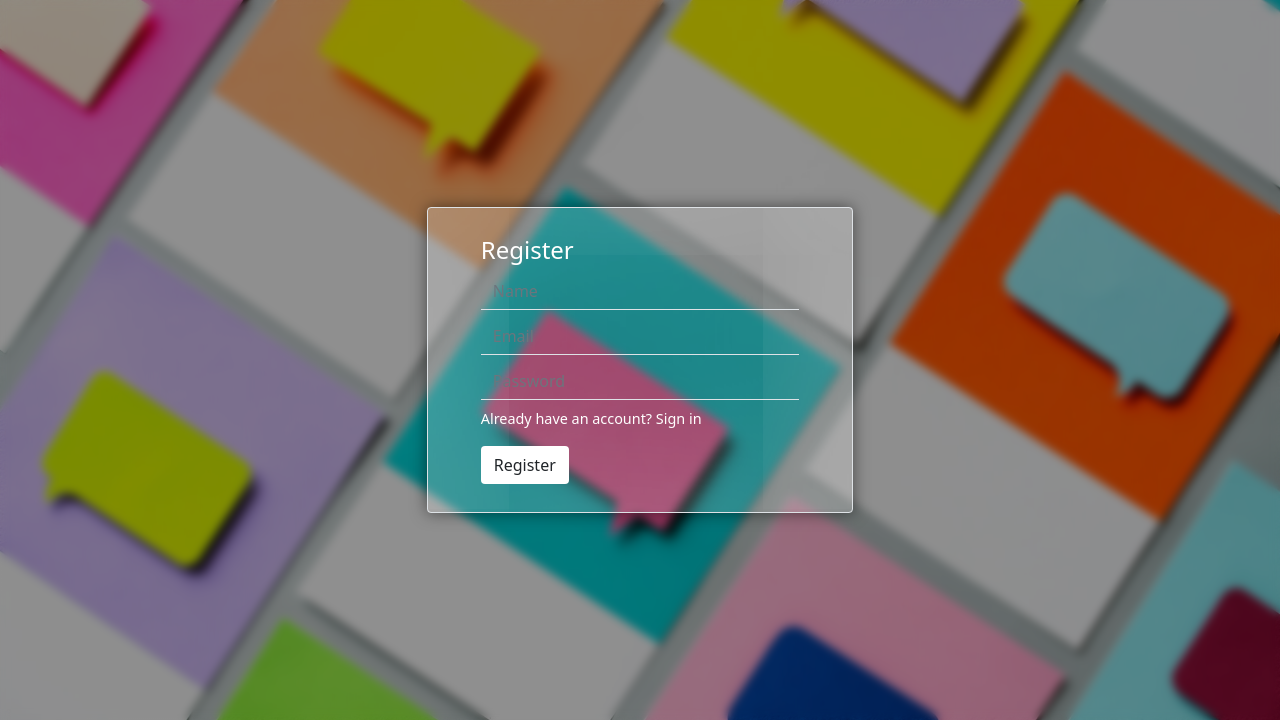
Repository: SaudCh/React-login
Page: /register
An editor plug-in stored every save of this project. The page is shown before and after the next save, followed by the edit.
The browser window is 1280 px wide. The pictures show the whole page.
The project was rebuilt for these pictures with package versions that can differ from the ones it lists, and the page was loaded fresh each time. Also part of the build but not shown: src/Components/Login/loginValidation.js, src/Components/Login/Login.jsx, src/Components/Shared/Header.jsx, src/Components/NotFound/NotFound.jsx.

Above is the page before, as saved 2022-02-06 15:33:33.

After the next save:
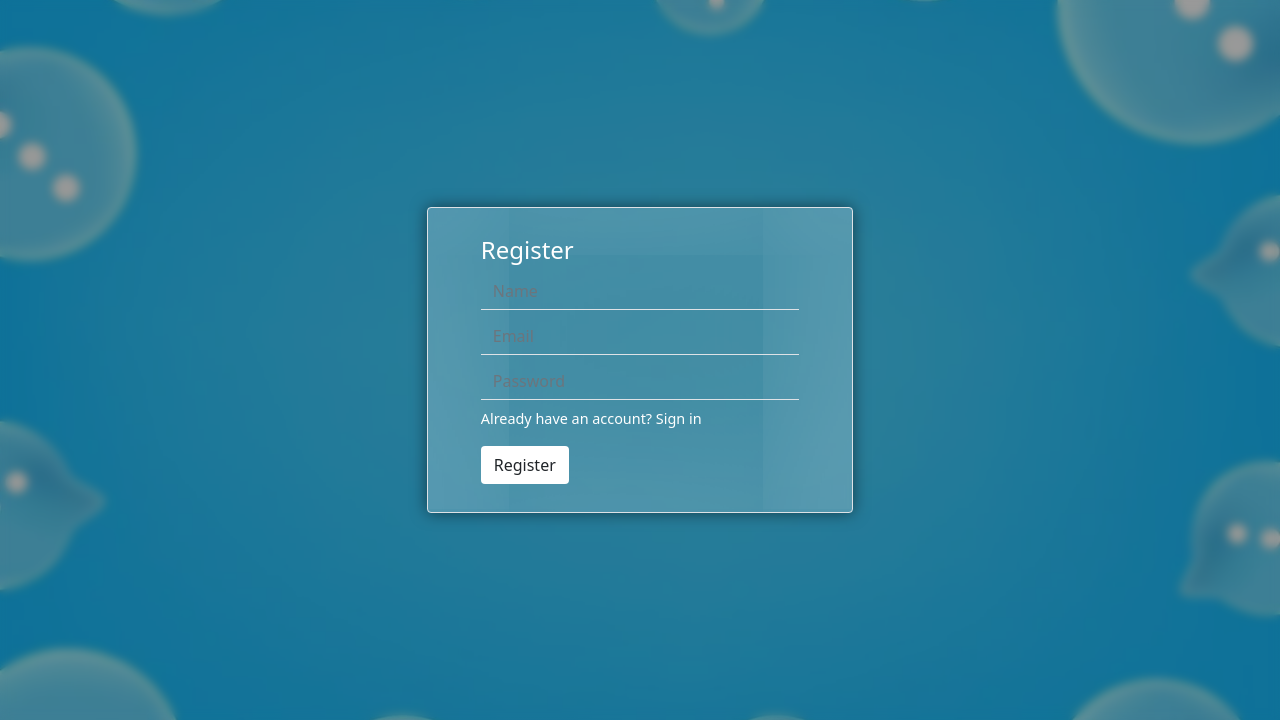
Saved 4 min 20 s later.
--- a/src/Components/Register/Register.css
+++ b/src/Components/Register/Register.css
@@ -1,6 +1,6 @@
 .background-image {
   background-image: linear-gradient(rgba(0, 0, 0, 0.4), rgba(0, 0, 0, 0.4)),
-    url("../Images/back.jpg");
+    url("../Images/register-back.jpg");
   background-position: center;
   background-repeat: no-repeat;
   background-size: cover;
